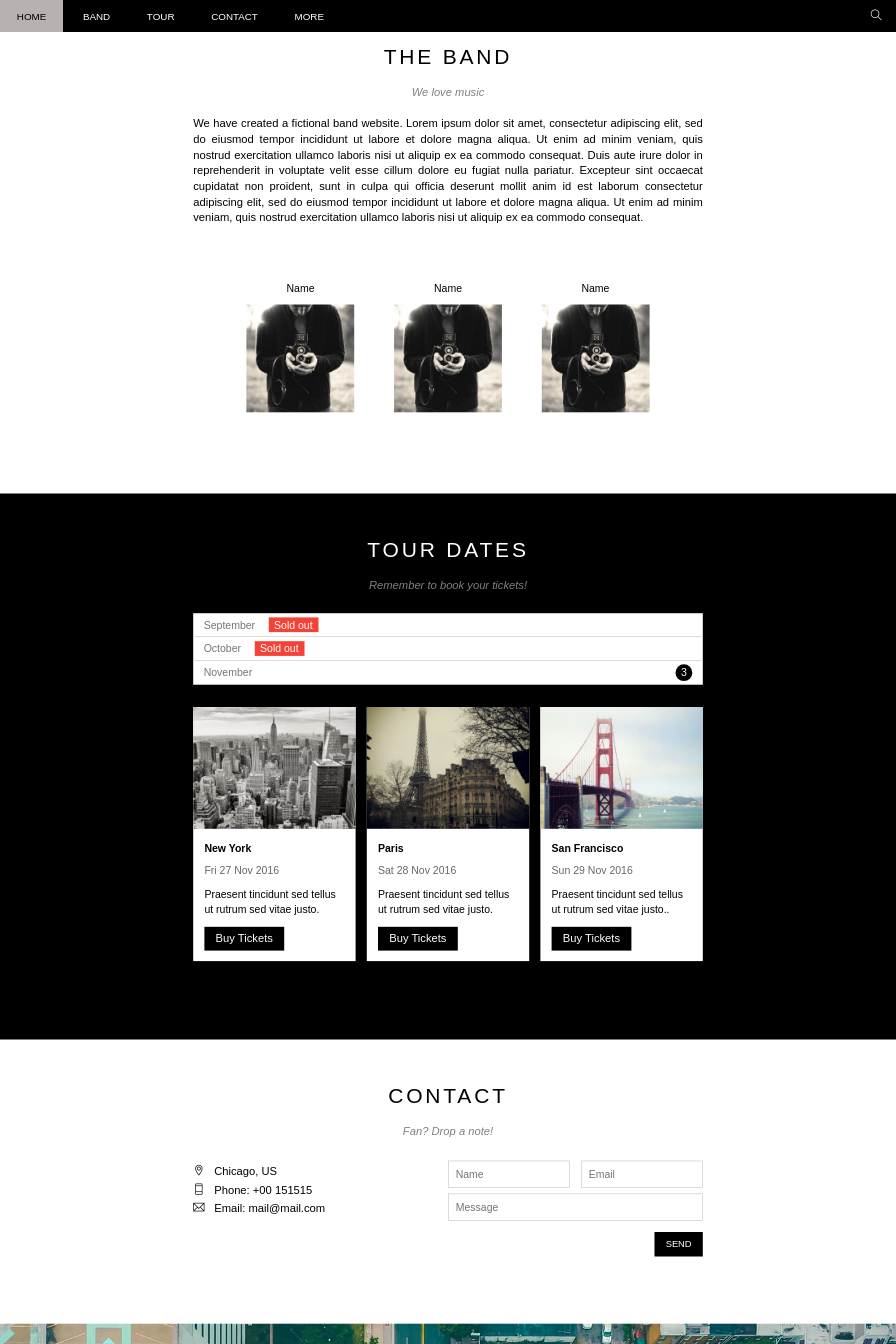
Repository: phamquy01/the-band
Page: index.html
An editor plug-in stored every save of this project. The page is shown before and after the next save, followed by the edit.
The browser window is 1280 px wide. The pictures show the part of the page from y = 0 to 1920 px (the page is 2818 px tall), at 70% of full size.

Above is the page before, as saved 2022-04-21 14:41:13.

After the next save:
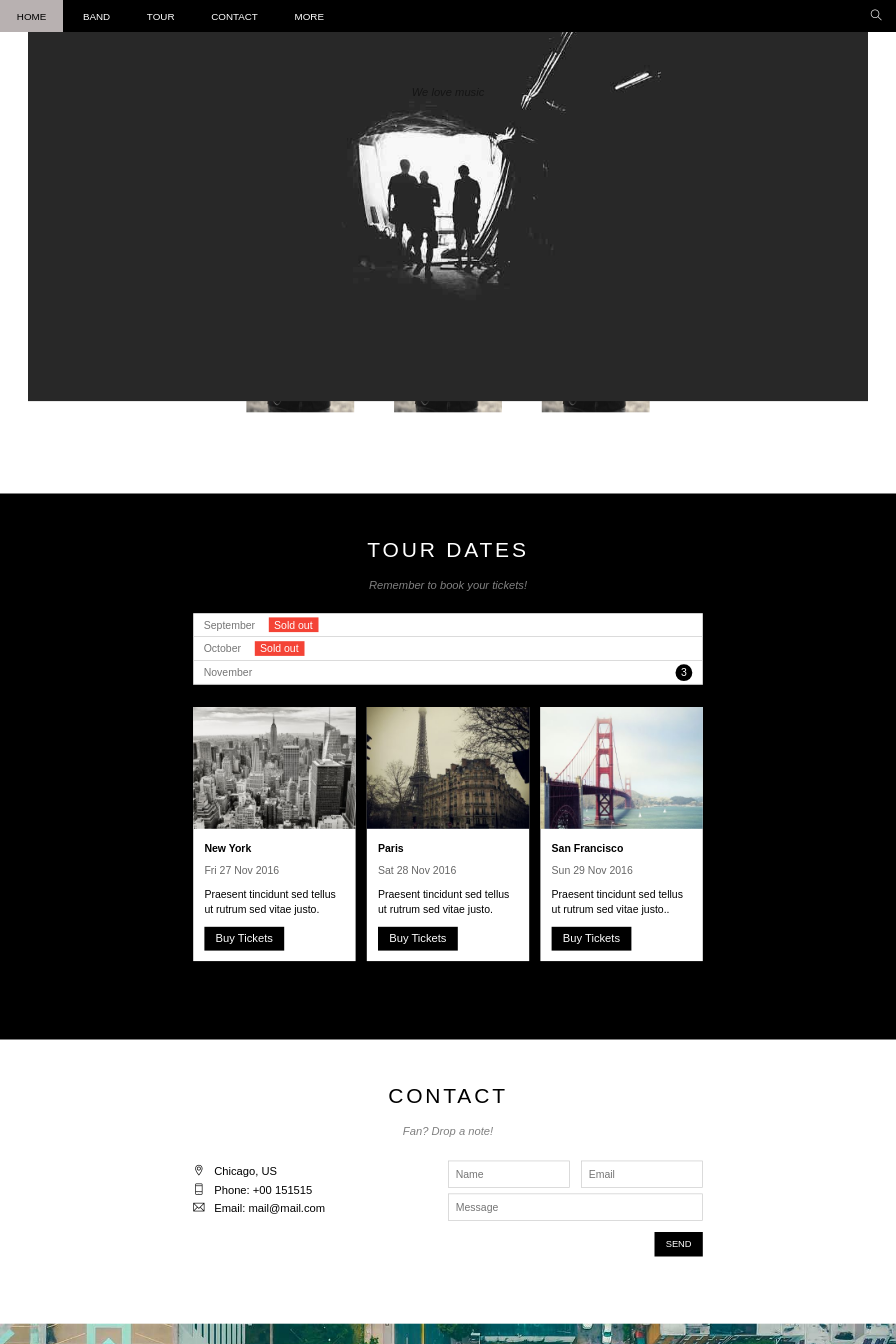
Saved 2 s later.
--- a/index.html
+++ b/index.html
@@ -43,7 +43,7 @@
       </div>
       <div id="slider">
         <div class="text-content">
-          <!-- <img src="./assets/img/slider1/la.jpg" alt="anh" /> -->
+          <img src="./assets/img/slider1/la.jpg" alt="anh" />
           <div class="text-heading">Los Angeles</div>
           <p class="text-description">
             We had the best time playing at Venice Beach!
